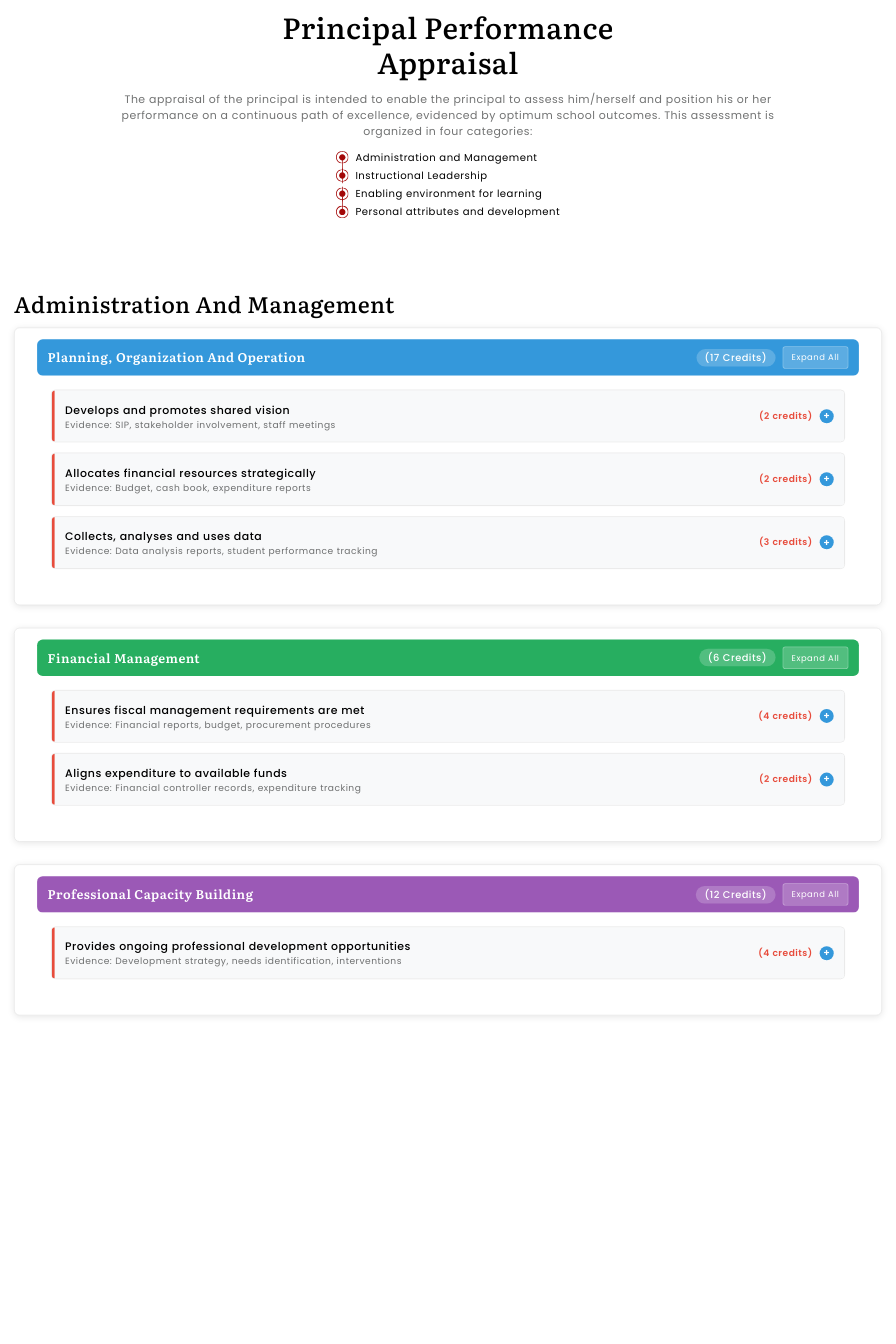
Repository: Dana204/principal-appraisal
Page: /
An editor plug-in stored every save of this project. The page is shown before and after the next save, followed by the edit.
The browser window is 1280 px wide. The pictures show the part of the page from y = 464 to 2384 px (the page is 2747 px tall before and 2645 px after), at 70% of full size.
Backgrounds fixed to the window are drawn as part of the page. The project was rebuilt for these pictures with package versions that can differ from the ones it lists, and the page was loaded fresh each time. Also part of the build but not shown: vite.config.js, src/components/ButtonFilled/ButtonFilled.css, src/components/ButtonFilled/ButtonFilled.jsx, src/components/HeroSection/HeroSection.css, src/components/SlidingText/SlidingText.css, src/components/SlidingText/SlidingText.jsx, src/components/HeroSection/HeroSection.jsx, src/components/SectionTitle/SectionTitle.css and 15 more.

Above is the page before, as saved 2025-08-02 09:34:46.

### index.html
<!doctype html>
<html lang="en">
  <head>
    <meta charset="UTF-8" />
    <link rel="icon" type="image/svg+xml" href="/vite.svg" />
    <meta name="viewport" content="width=device-width, initial-scale=1.0" />

    <link rel="preconnect" href="https://fonts.googleapis.com">
    <link rel="preconnect" href="https://fonts.gstatic.com" crossorigin>
    <link href="https://fonts.googleapis.com/css2?family=Literata:wght@200;300;400;500;600&family=Poppins:wght@200;300;400;500;600&display=swap" rel="stylesheet">


    <title>Vite + React</title>

  </head>
  <body>
    <div id="root"></div>
    <script type="module" src="/src/main.jsx"></script>
  </body>
</html>

### src/index.css
/** @format */

:root {
  --black: #000;
  --white: #fff;
  --cultured: #f8f9faff;
  /* --primary-color: #1A64A1ff; */
  --primary-color: #a30707;
  --secondary-color: #d10909;
  /* --primary-gradient: linear-gradient(90deg, #D10909, #FF3B3B, #FF6B6B, #333333); */
  /* --primary-gradient: linear-gradient(90deg, #D10909, #FF3B3B, #FF6B6B, #333333); */
  --primary-gradient: linear-gradient(90deg, #8b0606, #d10909, #ff3b3b);
  /* --primary-color: #0466c8; */
  /* --secondary-color: #E3F0FF; */
  --accent-color: #f5737f;
  /* --accent-color: #010E37ff; */
  --red: #e51e22;
  --oxford-blue: #010e37ff;
  --oxford-blue-2: #010e37ff;
  /* --red100: rgb(229, 31, 35, ); */

  /* --gray100: #e9ecef; */
  --gray100: #f2f4f6;
  --gray200: #e5e5e5;
  --gray300: #8d959d;
  --gray400: #6c757d;
  --gray500: #131515;
  --gray600: #16181d;
  /* --gray600: #16181d; */
  --gray700: #070606;
  --gray900: #1f1f1f;

  --literata: "Literata", serif;
  --box-shadow: 0 15px 30px rgba(0, 0, 0, 0.08);
  --box-shadow2: -20px 20px 20px rgba(0, 0, 0, 0.02);
  --box-shadow3: rgba(0, 0, 0, 0.08) 0px 7px 29px 0px;

  --px8: calc(8 / 16 * 1rem);
  --icon-size-sm: calc(14 / 16 * 1rem);
  --icon-size-md: calc(18 / 16 * 1rem);
  --icon-size-lg: calc(24 / 16 * 1rem);
  --icon-size-xl: calc(32 / 16 * 1rem);
  /* --icon-size-sm: calc(20 / 16 * 1rem); */

  --spacing-sm: calc(5 / 16 * 1rem); /* 5px */
  --spacing-md: calc(10 / 16 * 1rem); /* 10px */
  --spacing-lg: calc(15 / 16 * 1rem); /* 15px */
  --spacing-xl: calc(20 / 16 * 1rem); /* 20px */
  --spacing-xxl: calc(32 / 16 * 1rem); /* 32px */

  --font-size-xs: calc(10 / 16 * 1rem); /* 10px */
  --font-size-sm: calc(14 / 16 * 1rem); /* 14px */
  --br-main: calc(25 / 16 * 1rem); /* 25px */
}

*,
*::before,
*::after {
  margin: 0;
  padding: 0;
  font-family: "poppins", sans-serif;
  box-sizing: border-box;
  scroll-behavior: smooth;
  letter-spacing: 0.7px;
  color: var(--eerie-black);
}

h1,
h2,
h3,
h4,
h5,
h6 {
  font-family: var(--literata);
  line-height: 1.2;
  text-transform: capitalize;
  font-weight: 500;
}

/* Responsive header tags using CSS clamp() */
h1 {
  font-size: clamp(
    1.5rem,
    5vw + 1rem,
    2.5rem
  ); /* Scales between 1.5rem and 2.5rem */
  /* font-weight: 500; */
}

h2 {
  font-size: clamp(
    1.25rem,
    4vw + 1rem,
    2rem
  ); /* Scales between 1.25rem and 2rem */
  /* font-weight: 500; */
}

h3 {
  font-size: clamp(
    1.1rem,
    3vw + 1rem,
    1.5rem
  ); /* Scales between 1.1rem and 1.75rem */
  font-weight: 400;
}

h4 {
  font-size: clamp(
    1rem,
    2.5vw + 0.8rem,
    1.5rem
  ); /* Scales between 1rem and 1.5rem */
  font-weight: 400;
}

h5 {
  font-size: clamp(
    0.9rem,
    2vw + 0.8rem,
    1.25rem
  ); /* Scales between 0.9rem and 1.25rem */
}

h6 {
  font-size: 1rem;
}

a {
  text-decoration: none;
}

ul {
  list-style-type: none;
}

button {
  /* outline: none; */
  cursor: pointer;
}

input {
  outline: none;
}

address {
  font-style: normal;
}

.container {
  max-width: 1500px;
  /* max-width: 1280px; */
  margin: 0 auto;
  padding: 0 var(--spacing-xl);
}

.grid-container {
  display: grid;
  grid-template-columns: repeat(auto-fit, minmax(250px, 1fr));
  gap: var(--spacing-xl);
}

.text-muted {
  color: var(--gray500);
  font-weight: 400;
  font-size: 0.975rem;
  opacity: 0.6;
}

.section-title {
  background: var(--gray100);
  padding: 0.5rem;
  border-radius: 8px;
  margin-bottom: 1rem;
  width: fit-content;
}

.section-subitem {
  background: var(--gray100);
  border: 1px solid var(--gray200);
  padding: 1rem 2rem;
  border-radius: 8px;
}

### src/App.jsx
/** @format */

import HomeSection from "./components/sections/HomeSection/HomeSection";
import ServicesSection from "./components/sections/ServicesSection/ServicesSection";
import NewsSection from "./components/sections/NewsSection/NewsSection";
import NetworkSection from "./components/sections/NetworkSection/NetworkSection";
import ContactSection from "./components/ContactSection/ContactSection";
import Footer from "./components/Footer/Footer";
import { Administration } from "./components/sections/Administration/Administration";

function App() {
  return (
    <>
      <HomeSection />
      <Administration />
      {/* <AboutSection />

			<ServicesSection />
			<NetworkSection />
			<NewsSection />
			<ContactSection />
			<Footer /> */}
    </>
  );
}

export default App;

### src/components/sections/HomeSection/HomeSection.jsx
/** @format */

import React from "react";
import HeaderTop from "../../HeaderTop/HeaderTop";
import Navbar from "../../Navbar/Navbar";
import HeroSection from "../../HeroSection/HeroSection";
import "./HomeSection.css";
import StyledList from "../../StyledList/StyledList";
import ButtonFilled from "../../ButtonFilled/ButtonFilled";

const HomeSection = () => {
  var data = [
    "Administration and Management",
    "Instructional Leadership",
    "Enabling environment for learning",
    "Personal attributes and development",
  ];
  return (
    <div className="home-section" id="home">
      <HeaderTop />
      <Navbar />
      <div className="home-section__banner container"></div>
      <div className="home-section__main container">
        <span className="section-title">Introduction</span>

        <h1>
          Principal Performance <br></br>Appraisal
        </h1>
        <p className="home-section__main-message text-muted">
          The appraisal of the principal is intended to enable the principal to
          assess him/herself and position his or her performance on a continuous
          path of excellence, evidenced by optimum school outcomes. This
          assessment is organized in four categories:
        </p>
        <StyledList items={data} />
      </div>
    </div>
  );
};

export default HomeSection;

### src/components/HeaderTop/HeaderTop.jsx
/** @format */

import React from "react";
import EmailIcon from "../../assets/icons/email.svg?react";
import PhoneIcon from "../../assets/icons/phone.svg?react";
import LocationIcon from "../../assets/icons/location.svg?react";
import InstagramIcon from "../../assets/icons/instagram.svg?react";
import LinkedInIcon from "../../assets/icons/linkedin.svg?react";
import TwitterIcon from "../../assets/icons/twitter.svg?react";
import "./HeaderTop.css";

const HeaderTop = () => {
  return (
    <div className="header-top">
      <div className="container">
        <span>Principal Performance Appraisal | Stacey Wilson-Reynolds</span>
        <span>
          {/* <b>Prepared By</b>: Stacey Wilson-Reynolds */}
          Every child can learn, every child must learn
        </span>
      </div>
    </div>
  );
};

export default HeaderTop;

### src/components/Navbar/Navbar.jsx
/** @format */

import React, { useState, useEffect } from "react";
import Logo from "../../assets/images/coat-of-arms.png";
import MenuIcon from "../../assets/icons/menu.svg?react";
import { Link, scrollSpy } from "react-scroll";
import ButtonFilled from "../ButtonFilled/ButtonFilled";
import "./Navbar.css";

const Navbar = () => {
  const navList = [
    "home",
    "Administration and Management",
    "Instructional Leadership",
    "Enabling Environment for Learning",
    "Personal attributes and development",
  ];

  const [scrolled, setScrolled] = useState(false);
  const [toggleMenu, setToggleMenu] = useState(false);

  const menuHandler = () => {
    setToggleMenu(!toggleMenu);
  };

  const scrollHandler = () => {
    if (window.scrollY > 50) {
      setScrolled(true);
    } else {
      setScrolled(false);
    }
  };

  useEffect(() => {
    scrollSpy.update();
  }, []);

  useEffect(() => {
    window.addEventListener("scroll", scrollHandler);
    return () => window.removeEventListener("scroll", scrollHandler);
  }, []);

  return (
    <nav aria-label="Main Navigation" className={scrolled ? "scrolled" : ""}>
      <div className="navbar container">
        <a href="https://moey.gov.jm/" aria-label="Homepage" target="_blank">
          <img alt="site logo" src={Logo} />
          <span>
            {" "}
            The Ministry of <br></br>Education
          </span>
        </a>
        <ul
          className={`navbar__list ${toggleMenu ? "toggled" : ""}`}
          role="list"
        >
          {navList.map((link, idx) => (
            <li key={idx}>
              <Link
                to={link.replaceAll(" ", "")}
                spy={true}
                smooth={true}
                duration={500}
                offset={-70}
                activeClass="active"
                isDynamic={true}
                tabIndex="0"
                aria-label={`Go to ${link} section`}
              >
                {link}
              </Link>
            </li>
          ))}
        </ul>

        <button onClick={menuHandler} className="navbar__menu">
          <MenuIcon />
        </button>
      </div>
    </nav>
  );
};

export default Navbar;

### src/components/sections/HomeSection/HomeSection.css
.home-section {
  position: relative;
}

.home-section__gradient {
  /* background: linear-gradient(110deg, #000 62%, transparent 60%); */
  background: linear-gradient(110deg, rgba(0, 0, 0, 0.9) 62%, transparent 60%);
  position: absolute;
  top: 0;
  bottom: 0;
  width: 100%;
}

.home-section__banner {
  border-radius: var(--br-main);
  background: url("../../../src/assets/images/home-banner.jpg");
  background-position: center;
  background-attachment: fixed;
  background-size: cover;
  background-repeat: no-repeat;
  display: flex;
  flex-wrap: wrap;
  align-items: center;
  min-height: 30vh;
  width: 100%;
}

.home-section__main {
  margin-top: 3rem;
  display: flex;
  flex-direction: column;
  justify-content: center;
  align-items: center;
  padding-top: var(--spacing-xl);
  padding-bottom: var(--spacing-xl);
  text-align: center;
}

.home-section__main > p {
  margin-top: 1rem;
}
.home-section__main-message {
  width: 100ch;
  margin-bottom: 1rem;
}

.home-section__main h1 {
  font-size: clamp(2rem, 2vw + 1rem, 46px);
}

.home-section__main > div h1 mark {
  color: var(--primary-color);
  background: transparent;
  font-family: var(--literata);
}

@media (max-width: 48rem) {
  .home-section__gradient {
    display: none;
  }
}

### src/components/StyledList/StyledList.jsx
import React from 'react'
import './StyledList.css'
import BulletIcon from '../../assets/icons/bullet2.svg?react'

const StyledList = ({items,variant='light', className=''}) => {
  return (
		<ul
			className={`styled-list ${className} ${variant}`}
			role='list'>
			{items.map((item, idx) => (
				<li key={idx}>
					<BulletIcon />
					<span>{item}</span>
				</li>
			))}
		</ul>
  );
}

export default StyledList

### src/components/sections/Administration/Administration.css
/** @format */

.administration {
  padding-top: 5rem;
  padding-bottom: 50rem;
}

.administration > h2 {
  margin-bottom: 1rem;
}

### src/components/SectionSubitem/SectionSubitem.jsx
import React, { useState } from "react";
import "./SectionSubitem.css";
import AccordionItem from "../AccordionItem/AccordionItem";
const SectionSubitem = ({
  title,
  titleBgColor = "#3498db",
  items = [],
  credits,
  className = "",
}) => {
  const [openItems, setOpenItems] = useState(new Set());

  const toggleItem = (index) => {
    const newOpenItems = new Set(openItems);
    if (newOpenItems.has(index)) {
      newOpenItems.delete(index);
    } else {
      newOpenItems.add(index);
    }
    setOpenItems(newOpenItems);
  };

  const toggleAll = () => {
    if (openItems.size === items.length) {
      setOpenItems(new Set());
    } else {
      setOpenItems(new Set(items.map((_, index) => index)));
    }
  };

  return (
    <div className={`section-subitem ${className}`}>
      <div
        className="section-subitem-header"
        style={{ backgroundColor: titleBgColor }}
      >
        <h3 className="section-subitem-title">
          {title}
          {credits && (
            <span className="credits-badge">({credits} credits)</span>
          )}
        </h3>
        {items.length > 0 && (
          <button className="toggle-all-btn" onClick={toggleAll} type="button">
            {openItems.size === items.length ? "Collapse All" : "Expand All"}
          </button>
        )}
      </div>
      <div className="section-subitem-body">
        {items.map((item, index) => (
          <AccordionItem
            key={index}
            title={item.title}
            credits={item.credits}
            evidence={item.evidence}
            detailContent={item.detailContent}
            isOpen={openItems.has(index)}
            onToggle={() => toggleItem(index)}
          />
        ))}
      </div>
    </div>
  );
};

export default SectionSubitem;

### src/components/HeaderTop/HeaderTop.css
.header-top {
  padding-top: var(--spacing-md);
  padding-bottom: var(--spacing-md);
  background: linear-gradient(
    110deg,
    rgba(0, 0, 0, 0.9) 60%,
    var(--gray100) 60%
  );
}

.header-top > div {
  display: flex;
  justify-content: space-between;
  font-size: 0.9rem;
}

.header-top > div span:first-child {
  color: var(--white);
}

@media (max-width: 860px) {
  .header-top {
    display: none;
  }
}

### src/components/Navbar/Navbar.css
/** @format */

nav {
  padding: 1rem 0;
  position: relative;
  top: 0;
  z-index: 1000;
  background: var(--white);
  width: 100%;
}

nav.scrolled {
  position: fixed;
  box-shadow: 0 4px 10px rgba(0, 0, 0, 0.1);
  padding-top: 0.4rem;
  padding-bottom: 0.4rem;
  transition: all ease-in 0.5s;
}

nav.scrolled .navbar > a {
  font-size: 1.5rem;
  transition: all ease-in 0.5s;
}

.navbar {
  display: flex;
  align-items: center;
  justify-content: space-between;
}

.navbar__menu {
  display: none;
  background: transparent;
  border: 0;
}

.navbar__menu svg {
  height: var(--icon-size-xl);
  width: var(--icon-size-xl);
}

.navbar-header {
  display: flex;
  align-items: center;
  gap: 0.5rem;
}

.navbar-header > a {
  width: 40%;
  margin: 0 auto;
  text-align: center;
}
.navbar-header > a span {
  font-family: var(--literata);
  font-size: clamp(1.5rem, 1.5vw + 0.5rem, 2rem);
  line-height: 1;
  margin-top: 5px;
}

.navbar-header > a img {
  height: clamp(50px, 5vw, 80px);
  transition: height 0.2s ease-out;
  display: block;
  margin: 0 auto;
}

.navbar > a {
  display: flex;
  align-items: center;
  gap: 0.5rem;
}

.navbar > a span {
  font-family: var(--literata);
  font-size: clamp(1.5rem, 1.5vw + 0.5rem, 2rem);
  line-height: 1;
  margin-top: 5px;
}

.navbar > a img {
  height: clamp(50px, 5vw, 80px);
  transition: height 0.2s ease-out;
}

/* Updated to target the correct class name */
.navbar__list {
  display: flex;
  flex-wrap: wrap;
  gap: var(--spacing-xl);
  max-width: 50%;
  margin-left: auto;
  padding: 0;
  text-align: right;
  justify-content: flex-end;
  align-items: center;
  list-style: none;
}

.navbar__list li a {
  text-align: right;
  font-size: var(--font-size-sm);
  text-transform: capitalize;
  cursor: pointer;
  position: relative;
  display: block;
}

.navbar__list li a:hover,
.navbar__list li a.active {
  color: var(--secondary-color);
}

.navbar__list li a::after {
  content: "";
  position: absolute;
  bottom: calc(-1 * var(--spacing-lg));
  left: 50%;
  transform: translateX(-50%);
  height: 5px;
  width: 5px;
  background: var(--secondary-color);
  border-radius: 25px;
  visibility: hidden;
}

.navbar__list li a:hover::after,
.navbar__list li a.active::after {
  transition: all ease-in 0.2s;
  visibility: visible;
  bottom: calc(-1 * var(--spacing-sm));
}

@media (max-width: 860px) {
  .navbar__menu {
    display: block;
  }

  .navbar__list {
    flex-direction: column;
    justify-content: space-evenly;
    align-items: center;
    background-color: var(--white);
    position: fixed;
    top: 0;
    left: -100%;
    height: 100vh;
    padding: var(--spacing-lg);
    width: 50%;
    transition: left ease-in 0.5s;
  }

  .navbar__list.toggled {
    left: 0;
  }

  .navbar__btn {
    display: none;
  }
}

### src/components/StyledList/StyledList.css
.styled-list li {
  position: relative;
  flex-wrap: wrap;
  display: flex;
  flex-wrap: nowrap;
  align-items: center;
  gap: var(--spacing-md);
}

.styled-list li:not(:last-child) {
  margin-bottom: var(--spacing-sm);
}

.styled-list li span {
  font-weight: 400;
  font-size: 0.9rem;
}
/* .styled-list.light li span {
  color: var(--white);
} */
.styled-list.dark li span {
  color: var(--black);
}

.styled-list li::before {
  content: "";
  position: absolute;
  left: calc(var(--icon-size-md) / 2);
  width: 1px;
  height: 100%;
  background: var(--primary-color);
}

.styled-list li:first-child::before {
  top: 50%;
}

.styled-list li:last-child::before {
  bottom: 50%;
}

.styled-list li svg {
  flex-shrink: 0;
  height: var(--icon-size-md);
  width: var(--icon-size-md);
  color: var(--primary-color);
}

### src/components/SectionSubitem/SectionSubitem.css
.section-subitem {
  margin-bottom: var(--spacing-xxl);
  border-radius: 8px;
  box-shadow: 0 2px 10px rgba(0, 0, 0, 0.1);
  overflow: hidden;
  background: var(--white);
}

.section-subitem-header {
  padding: var(--spacing-md) var(--spacing-lg);
  /* border-radius: 8px 8px 0 0; */
  border-radius: 8px;
  display: flex;
  justify-content: space-between;
  align-items: center;
  flex-wrap: wrap;
  gap: 10px;
}

.section-subitem-title {
  margin: 0;
  color: var(--white);
  font-size: 18px;
  font-weight: 600;
  display: flex;
  justify-content: space-between;
  align-items: center;
  flex: 1;
}

.credits-badge {
  font-size: 14px;
  font-weight: 500;
  background: rgba(255, 255, 255, 0.2);
  padding: 4px 12px;
  border-radius: 15px;
  margin-left: 10px;
}

.toggle-all-btn {
  background: rgba(255, 255, 255, 0.2);
  color: var(--white);
  border: 1px solid rgba(255, 255, 255, 0.3);
  padding: 6px 12px;
  border-radius: 4px;
  cursor: pointer;
  font-size: 12px;
  transition: all 0.3s ease;
}

.toggle-all-btn:hover {
  background: rgba(255, 255, 255, 0.3);
}

.section-subitem-body {
  padding: 20px;
  background: var(--white);
}

### src/components/AccordionItem/AccordionItem.jsx
import React, { useState } from "react";
import "./AccordionItem.css";

const AccordionItem = ({
  title,
  credits,
  evidence,
  detailContent,
  isOpen,
  onToggle,
}) => {
  return (
    <div className="accordion-item">
      <div
        className="accordion-header"
        onClick={onToggle}
        role="button"
        tabIndex={0}
        onKeyDown={(e) => e.key === "Enter" && onToggle()}
      >
        <div>
          <span className="action-title">{title}</span>
          <div className="evidence-text text-muted">Evidence: {evidence}</div>
        </div>
        <div className="accordion-header__right">
          <span className="action-credits">({credits} credits)</span>
          <div className="accordion-icon">{isOpen ? "−" : "+"}</div>
        </div>
      </div>

      {isOpen && (
        <div className="accordion-content">
          <div className="accordion-content-inner">
            {typeof detailContent === "string" ? (
              <div dangerouslySetInnerHTML={{ __html: detailContent }} />
            ) : (
              detailContent
            )}
          </div>
        </div>
      )}
    </div>
  );
};

export default AccordionItem;

### src/components/AccordionItem/AccordionItem.css
.accordion-item {
  margin-bottom: 15px;
  border: 1px solid #e0e0e0;
  border-radius: 6px;
  overflow: hidden;
  transition: all 0.3s ease;
}

.accordion-item:hover {
  box-shadow: 0 2px 8px rgba(0, 0, 0, 0.1);
}

.accordion-header {
  display: flex;
  align-items: center;
  justify-content: space-between;
  padding: 15px;
  background: #f8f9fa;
  cursor: pointer;
  border-left: 4px solid #e74c3c;
  transition: all 0.3s ease;
  position: relative;
  user-select: none;
}

.accordion-header:hover {
  background: var(--gray200);
}

/* .accordion-header:focus {
  outline: 2px solid #3498db;
  outline-offset: -2px;
} */

.action-title {
  font-weight: 500;
  font-size: 0.975rem;
  flex: 1;
}

.evidence-text {
  font-size: 13px;
  line-height: 1.4;
  padding-right: 30px;
}

.accordion-header__right {
  display: flex;
  align-items: center;
  gap: var(--spacing-md);
}
.action-credits {
  color: #e74c3c;
  font-weight: 600;
  font-size: 13px;
  white-space: nowrap;
}

.accordion-icon {
  width: 20px;
  height: 20px;
  background: #3498db;
  color: var(--white);
  border-radius: 50%;
  display: flex;
  align-items: center;
  justify-content: center;
  font-size: 14px;
  font-weight: bold;
  transition: all 0.3s ease;
}

.accordion-content {
  border-top: 1px solid #e0e0e0;
  background: var(--white);
  animation: slideDown 0.3s ease-out;
}

.accordion-content-inner {
  padding: 20px;
}

.accordion-content h4 {
  margin: 0 0 10px 0;
  color: #2c3e50;
  font-size: 14px;
  font-weight: 600;
}

.accordion-content ul {
  margin: 8px 0;
  padding-left: 20px;
}

.accordion-content li {
  margin-bottom: 5px;
  color: #34495e;
  font-size: 13px;
  line-height: 1.4;
}

.accordion-content p {
  margin: 8px 0;
  color: #34495e;
  font-size: 13px;
  line-height: 1.5;
}

@keyframes slideDown {
  from {
    opacity: 0;
    max-height: 0;
  }
  to {
    opacity: 1;
    max-height: 500px;
  }
}

Loaded but not shown: src/main.jsx (common file); src/components/sections/Administration/Administration.jsx (215 lines, source omitted); src/components/ContactSection/ContactSection.css (no stored copy; drawn as an empty file); src/components/Footer/Footer.css (no stored copy; drawn as an empty file)

After the next save:
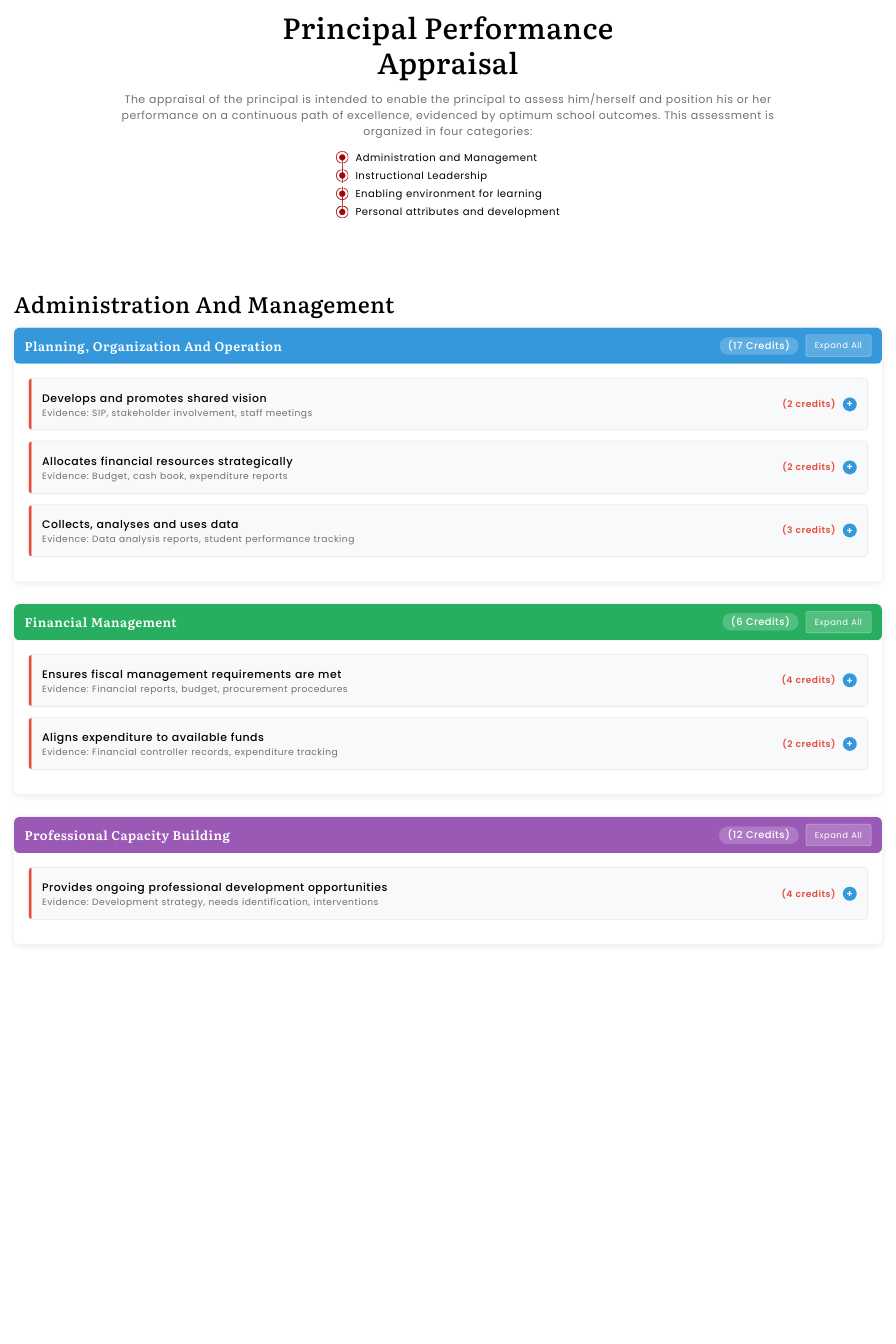
Saved 55 s later.
--- a/src/index.css
+++ b/src/index.css
@@ -174,10 +174,3 @@
   margin-bottom: 1rem;
   width: fit-content;
 }
-
-.section-subitem {
-  background: var(--gray100);
-  border: 1px solid var(--gray200);
-  padding: 1rem 2rem;
-  border-radius: 8px;
-}
